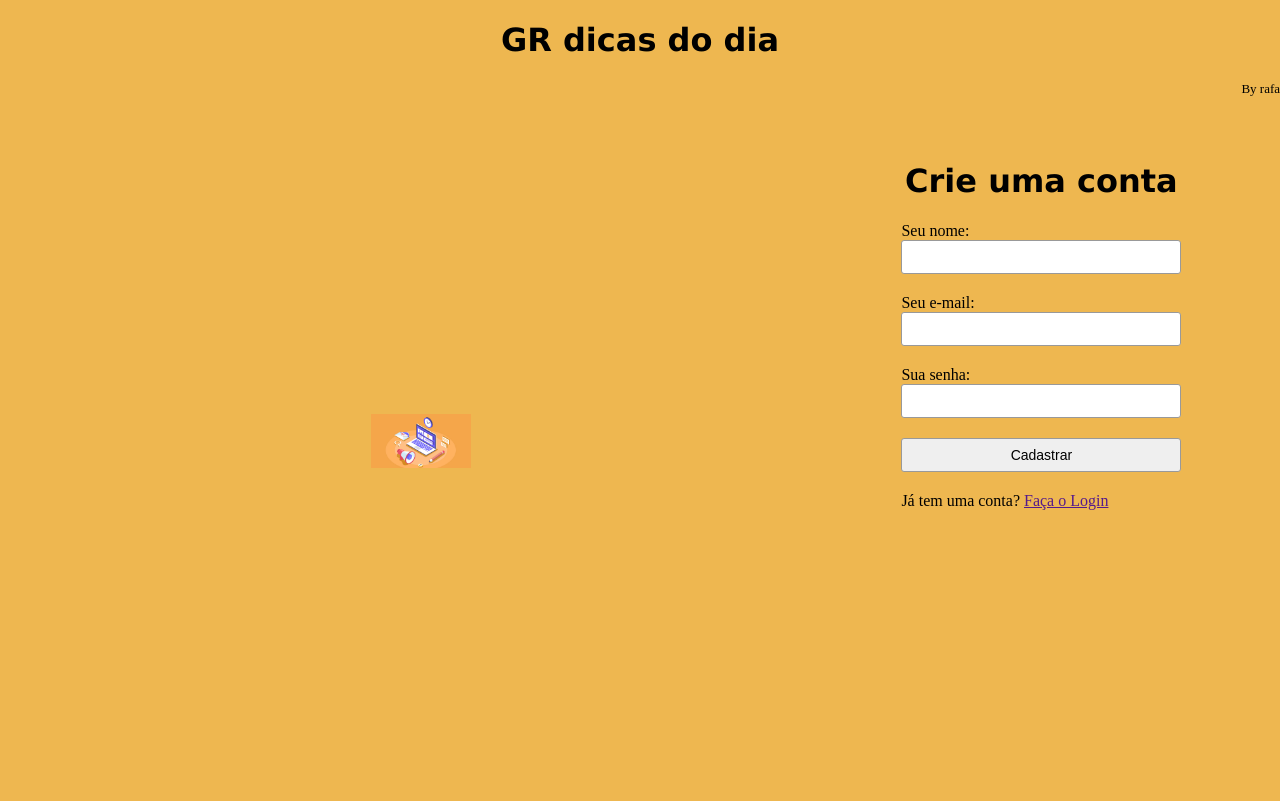
Repository: rafavirginio/tela-de-login
Page: index.html
An editor plug-in stored every save of this project. The page is shown before and after the next save, followed by the edit.
The browser window is 1280 px wide. The pictures show the whole page.

Above is the page before, as saved 2020-09-17 15:23:47.

After the next save:
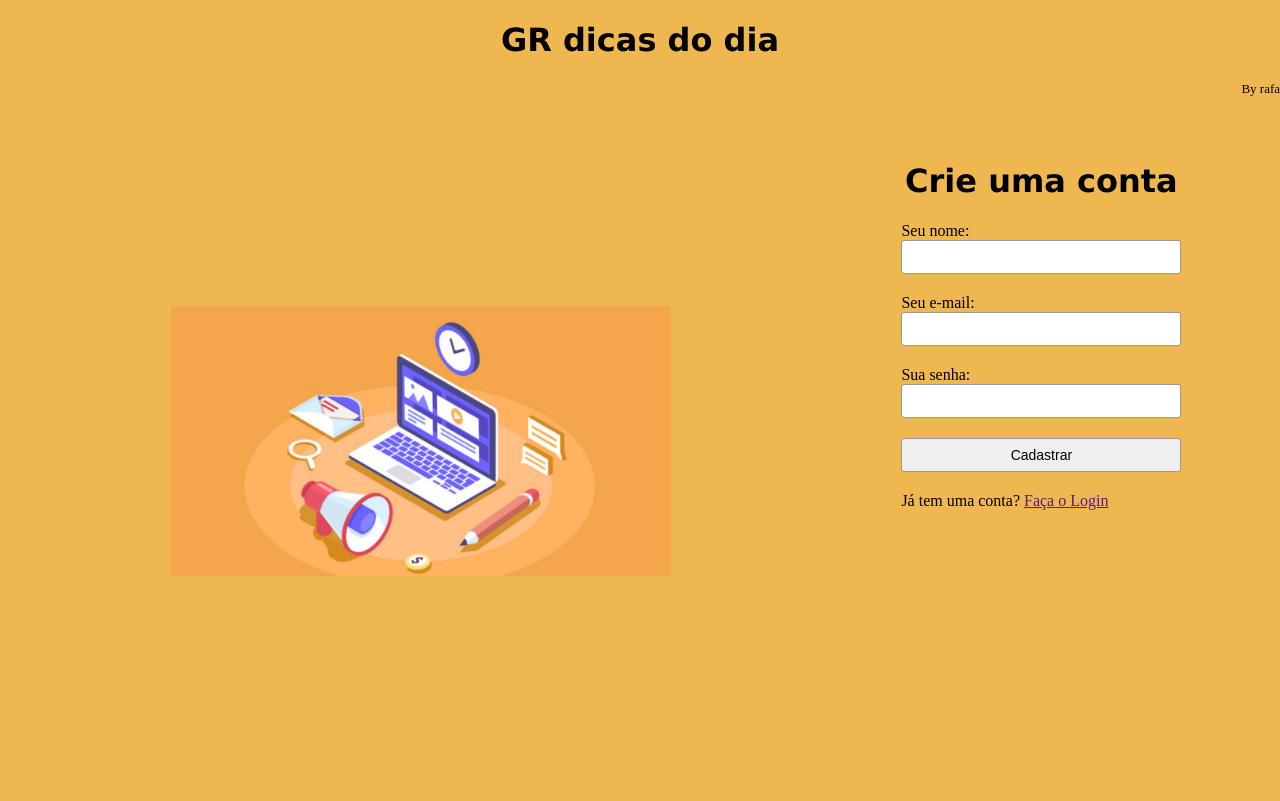
Saved 6 s later.
--- a/style.css
+++ b/style.css
@@ -27,7 +27,7 @@ body {
 }
 
 .leftside img {
-    max-width: 100px;
+    max-width: 500px;
     height: auto;
 }
 
